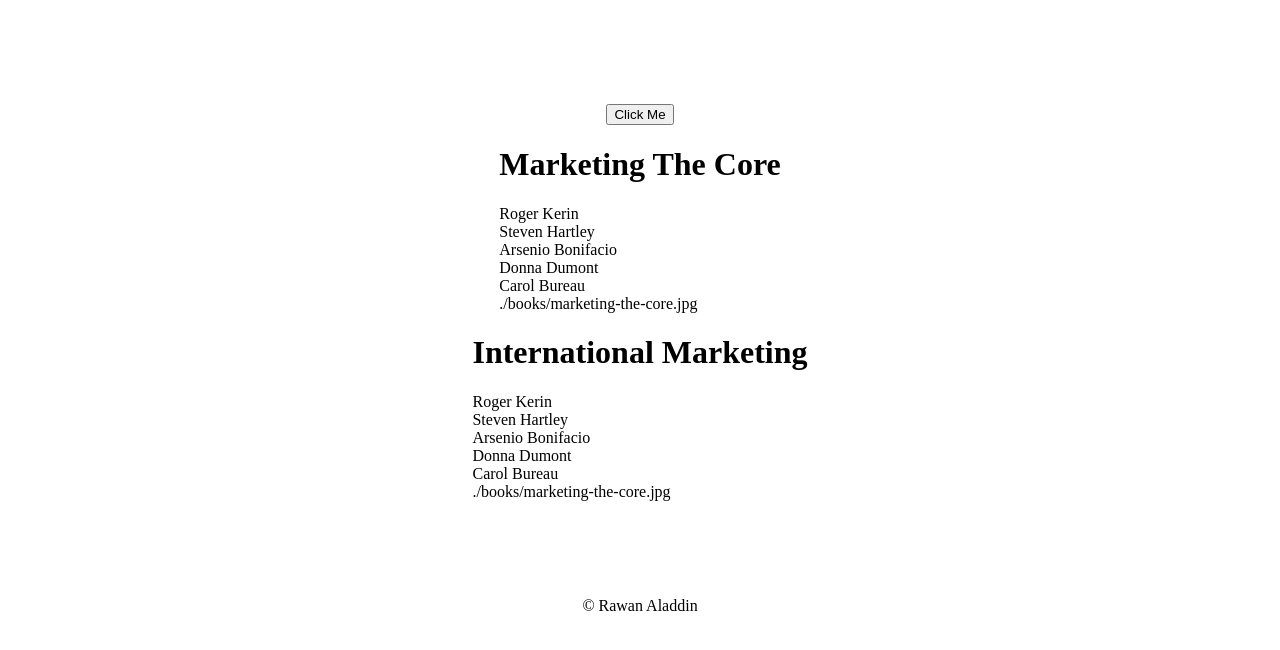
Repository: Aladdin3r/mdia2109
Page: / (app in a01386700_aladdin_assessment_3/), after clicking the first element matching `button`
These files come from the project's save history. The page is drawn as it stood at one moment and after the next save; the edit follows.
The browser window is 1280 px wide. The pictures show the whole page.
The project was rebuilt for these pictures with package versions that can differ from the ones it lists, and the page was loaded fresh each time. The framework's server and built-in components were replaced by stand-ins that run in the browser. Also part of the build but not shown: a01386700_aladdin_assessment_3/next.config.mjs.

Above is the page before, as saved 2024-02-13 13:54:57.

### a01386700_aladdin_assessment_3/pages/index.js
import Head from "next/head";
import styles from "@/styles/Home.module.css";
import Footer from "@/components/Footer";
import { inventory } from "@/data/books";
import { useState } from "react";

export default function Home() {

  const [data, setData] = useState();

  const addingData = () => {
    console.log("here");
    setData(inventory);
    console.log(inventory);
  }

  return (
    <>
      <Head>
        <title>BCIT Book Store</title>
        <meta name="description"
        content=
        "All online pick-up orders are available at the Burnaby Campus Bookstore (SE2). Please allow 2-3 business days for order processing."
       />
        <meta name="viewport" content="width=device-width, initial-scale=1" />
        <link rel="icon" href="/favicon.ico" />
      </Head>
      <main className={`${styles.main}`}>
        <button onClick={() => addingData()}>Click Me</button>
        {
          data && data.books.map((b, index) => {
            if(b.edition == 6) {
              return(
                <div key={index}>
                  <h1>{b.title}</h1>
                  {
                    b.authors && b.authors.map((a, ind) => {
                      return(
                        <div key={ind}>
                          {a}
                        </div>
                      )
                    })
                  }
                    {b.image}
                </div>
              )
            }
          })

        }
      </main>
      <Footer/>
    </>
  );
}

### a01386700_aladdin_assessment_3/styles/globals.css
:root {
 background-color: #fff;
 --highlight: #FFF400;
 --blue: #003C71;
 --white-text: #fff;
 --product-background: rgb(245,245,245);
}

### a01386700_aladdin_assessment_3/styles/Home.module.css
.main {
  display: flex;
  flex-direction: column;
  justify-content: space-between;
  align-items: center;
  padding: 6rem;
  min-height: 20vh;
}

### a01386700_aladdin_assessment_3/components/Footer/index.js
import styles from './Footer.module.css'

export default function Footer() {
    return(
        <footer className={styles.footer}>
            &#xa9; Rawan Aladdin
        </footer>
    )
}

### a01386700_aladdin_assessment_3/data/books.js
export const inventory = {
    books: [
        {
            course: "MKTG 1102",
            title: "Marketing The Core",
            authors: ["Roger Kerin", "Steven Hartley", "Arsenio Bonifacio", "Donna Dumont", "Carol Bureau"],
            edition: 6,
            image: "./books/marketing-the-core.jpg"
        },
        {
            course: "COMM 1120",
            title: "Business Communication Essentials",
            authors: ["Courtland Bovee", "John Thill"],
            edition: 5,
            image: "./books/business-communication-essentials.jpg"
        },
        {
            course: "COMM 2003",
            title: "The Bare Essentials",
            authors: ["Sarah Norton", "Brian Green", "Greg Holditch"],
            edition: 10,
            image: "./books/the-bare-essentials.jpg"
        },
        {
            course: "COMP 2121",
            title: "Discrete Mathematics",
            authors: ["Susanna Epp"],
            edition: 5,
            image: "./books/discrete-mathematics-with-applications.jpg"
        },
        {
            course: "COMP 2511",
            title: "C How to Program",
            authors: ["Paul Deitel", "Harvey Deitel"],
            edition: 9,
            image: "./books/c-how-to-program.jpg"
        },
        {
            course: "MKTG 3304",
            title: "International Marketing",
            authors: ["Roger Kerin", "Steven Hartley", "Arsenio Bonifacio", "Donna Dumont", "Carol Bureau"],
            edition: 6,
            image: "./books/marketing-the-core.jpg"
        },
    ]
}

### a01386700_aladdin_assessment_3/components/Footer/Footer.module.css
.footer {
    display: flex;
    justify-content: center;
}

Loaded but not shown: a01386700_aladdin_assessment_3/pages/_app.js (common file); a01386700_aladdin_assessment_3/pages/_document.js (common file)

After the next save:
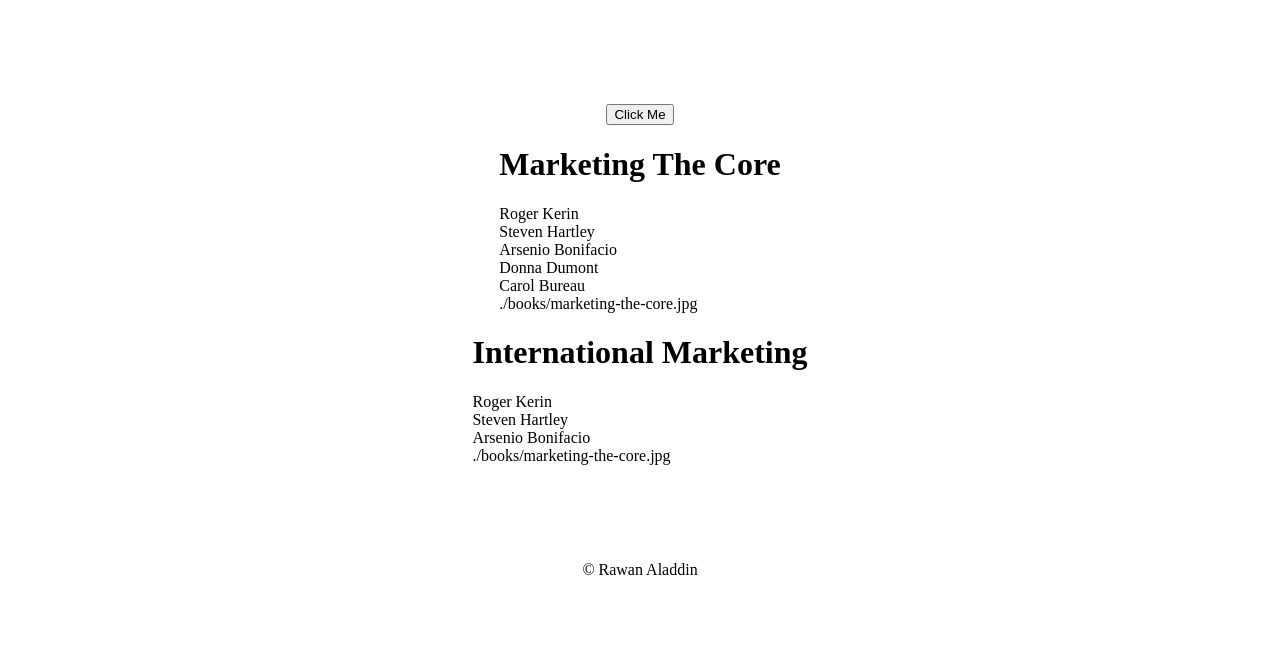
Saved 6 s later.
--- a/a01386700_aladdin_assessment_3/data/books.js
+++ b/a01386700_aladdin_assessment_3/data/books.js
@@ -38,7 +38,7 @@ export const inventory = {
         {
             course: "MKTG 3304",
             title: "International Marketing",
-            authors: ["Roger Kerin", "Steven Hartley", "Arsenio Bonifacio", "Donna Dumont", "Carol Bureau"],
+            authors: ["Roger Kerin", "Steven Hartley", "Arsenio Bonifacio"],
             edition: 6,
             image: "./books/marketing-the-core.jpg"
         },
